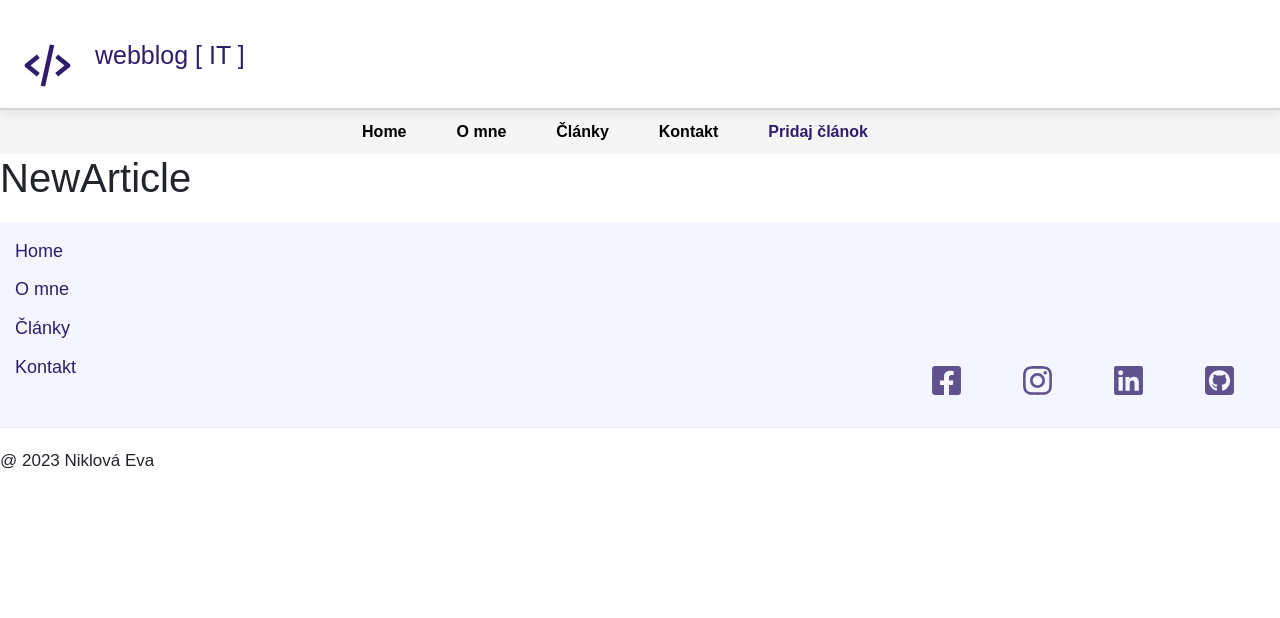
Repository: eniklova/github-bl
Page: /newarticel
An editor plug-in stored every save of this project. The page is shown before and after a run of saves, followed by the edit.
The browser window is 1280 px wide. The pictures show the whole page.
Some web fonts or font styles are not loaded; a fallback is used. The project was rebuilt for these pictures with package versions that can differ from the ones it lists, and the page was loaded fresh each time. Also part of the build but not shown: src/services/api.js, src/components/ArticleList.js, src/components/HeroSlider.css, src/components/HeroSlider.js, src/pages/Home.js, src/pages/Aboutme.js, src/data.js, src/pages/Articles.js and 2 more.

Above is the page before, as saved 2023-10-09 14:59:01.

After the next 3 saves:
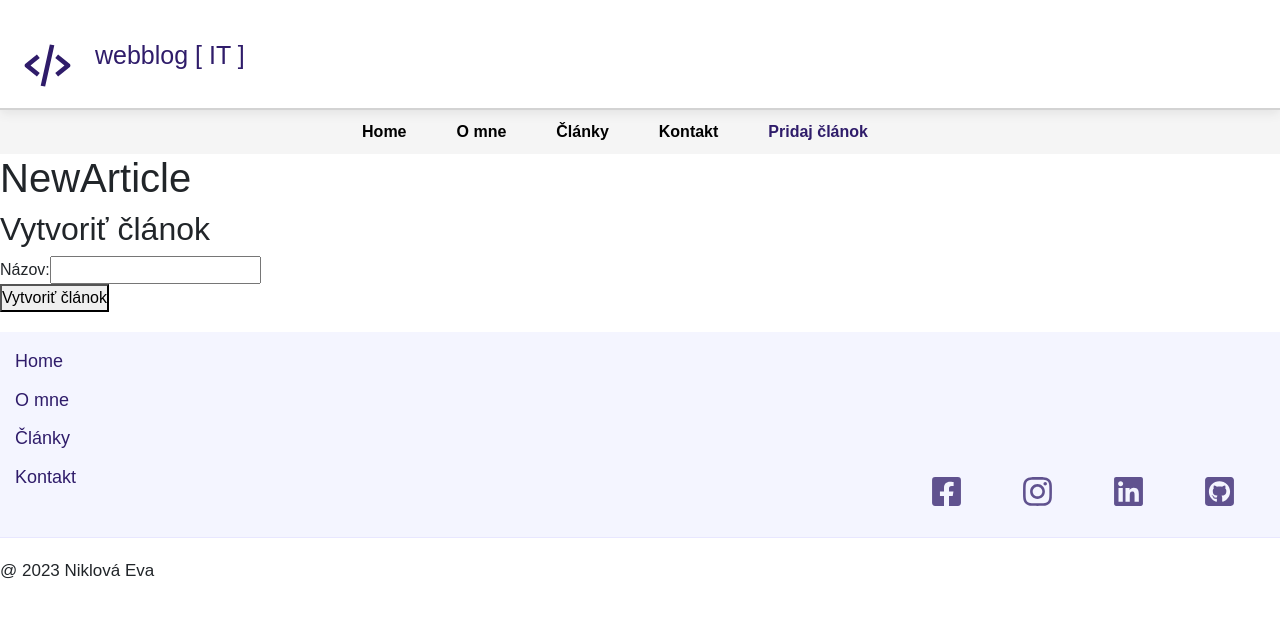
The 3 saves are shown as one change because they came seconds apart.
The last was saved 49 s later.
--- a/src/pages/NewArticel.js
+++ b/src/pages/NewArticel.js
@@ -5,7 +5,7 @@ function NewArticle() {
   return (
     <div>
       <h1>NewArticle</h1>
-
+      <ArticleForm/>
     </div>
   );
 }
